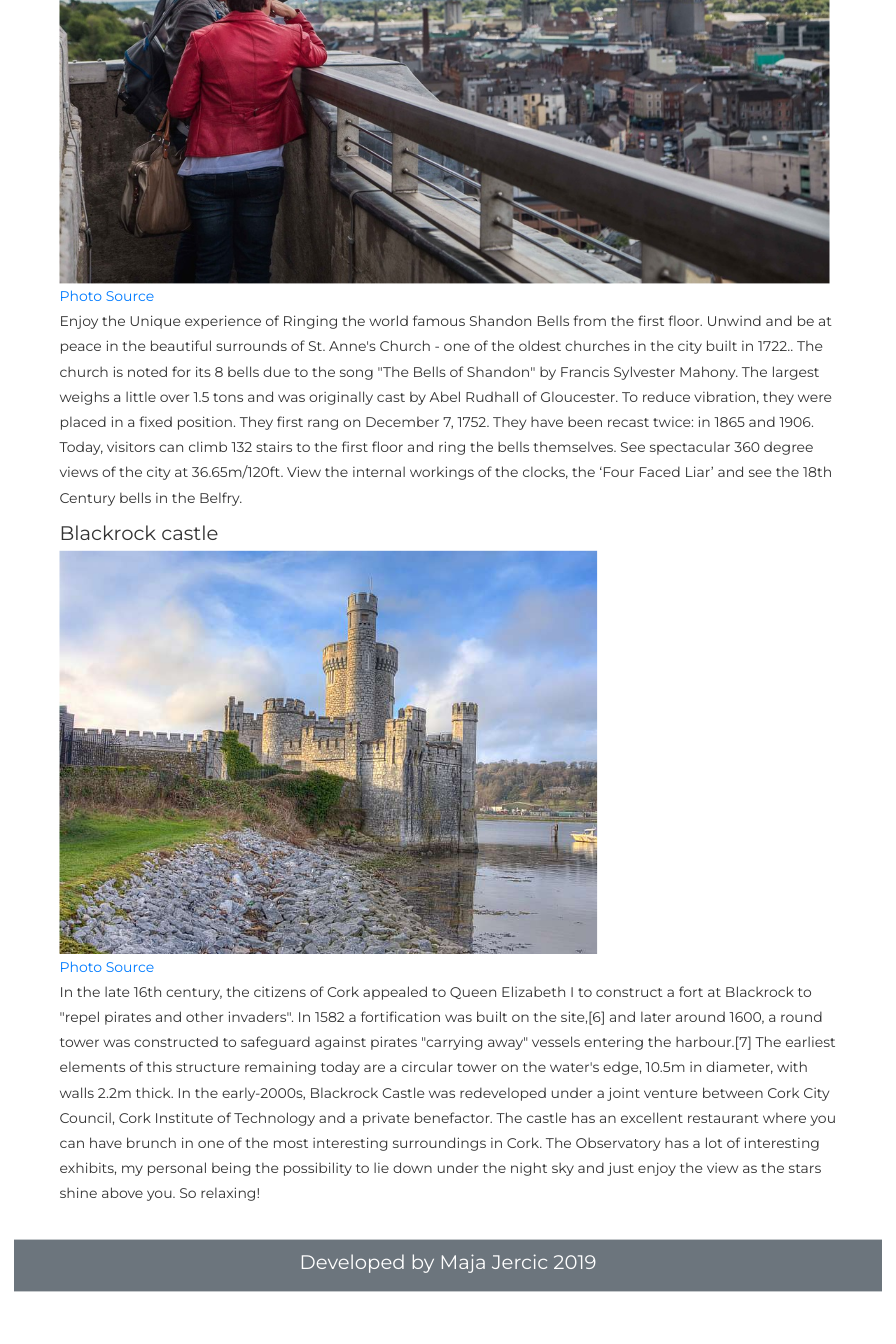
Repository: Maja-Jer/Welcome-to-Cork
Page: see.html
The author's editor kept a record of every edit. The page is drawn from the files as they stood at one moment, then again after the next edit.
The browser window is 1280 px wide. The pictures show the part of the page from y = 2277 to 4197 px (the page is 4197 px tall before and 4188 px after), at 70% of full size.
Some web libraries are served in a nearby version.

Above is the page before.
Console error: TypeError: Cannot read properties of undefined (reading 'fn')

### see.html
<!DOCTYPE html>
<html lang="en">

<head>
    <meta charset="UTF-8">
    <meta name="viewport" content="width=device-width, initial-scale=1">
    <meta http-equiv="X-UA-Compatible" content="ie=edge">
    <link rel="stylesheet" href="https://stackpath.bootstrapcdn.com/bootstrap/4.3.1/css/bootstrap.min.css" integrity="sha384-ggOyR0iXCbMQv3Xipma34MD+dH/1fQ784/j6cY/iJTQUOhcWr7x9JvoRxT2MZw1T" crossorigin="anonymous">
    <script src="https://stackpath.bootstrapcdn.com/bootstrap/4.3.1/js/bootstrap.min.js" integrity="sha384-JjSmVgyd0p3pXB1rRibZUAYoIIy6OrQ6VrjIEaFf/nJGzIxFDsf4x0xIM+B07jRM" crossorigin="anonymous"></script>
    <link rel="stylesheet" href="https://use.fontawesome.com/releases/v5.6.1/css/all.css" integrity="sha384-gfdkjb5BdAXd+lj+gudLWI+BXq4IuLW5IT+brZEZsLFm++aCMlF1V92rMkPaX4PP" crossorigin="anonymous">
    <link href="https://fonts.googleapis.com/css?family=Montserrat" rel="stylesheet">
    <link rel="stylesheet" href="assets/style.css" type="text/css" />
    <title>Welcome to Cork, the REAL capital of Ireland</title>
</head>

<body>

    <!---------------Navgation-------->
    <nav class="navbar navbar-light bg-light navbar-expand-sm">
        <a href="/" class="navbar-brand">Welcome to Cork</a>

        <!---------------Dropdown menu-------->
        <button class="navbar-toggler ml-auto" type="button" data-toggle="collapse" data-target="#navbarNavDropdown" aria-controls="navbarNavDropdown" aria-expanded="false" aria-label="Toggle navigation">
        <span class="navbar-toggler-icon"></span></button>

        <div class="collapse navbar-collapse" id="navbarNavDropdown">
            <ul class="navbar-nav mr-auto">
                <li class="nav-item mr-2"><a class="nav-link" href="#see">See</a></li>
                <li class="nav-item mr-2"><a class="nav-link" href="#experience">Experience</a></li>
                <li class="nav-item mr-2"><a class="nav-link" href="#party">Party</a></li>

            </ul>
        </div>

    </nav>

    <!--------------- Title -------->
    <div class="container-fluid mt-3 title">
        <h1>What to see in Cork?</h1>
        <div class="row title-row" <h5>This is a small collection of my favourite must-see places in Cork</h5>
        </div>
    </div>


    <!--------------- Sites -------->

    <div class="container-fluid all-sites">
        <div class= "container ucc-campus">
            <div class= "row ucc-campus">
                <div class= "col-6">
                    <h3>UCC Campus</h3>
                </div>
            </div>


        <img class= "img-fluid" src= "./assets/photos/ucc-campus1.jpg " alt="UCC Campus">
        <br>
        <h6><a href= "https://www.irishexaminer.com/breakingnews/ireland/ucc-isssues-1500-booklets-to-promote-good-relations-between-students-and-local-residents-949665.html ">Photo Source</a></h6>
    </div>


    <div class= "container ucc-description">
        <p col= "ucc-description">With over 20 000 people studying or working in University College Cork, the draw of the studies there is clear. But when you walk on to the Campus, it’s as if time stopped and you were transported back in time Despite much growth and development
            in recent decades, including considerable ongoing structural developments on the main campus, none of the developments have cast a shadow on the beautiful open grass quadrangle (which, incidentally, undergraduates must not traverse because
            tradition declares that they will fail their exams if they do). The quadrangle is surrounded on three sides by the University's most important old stone buildings, including the stone corridor housing many Ogham stones, and the arch where
            students anxiously come to view their end of year examination results. The stunning Aula Maxima is just off the stone corridor. With some luck you might get to see the statue of Queen Victoria, erected to commemorate Victoria's 1849 visit,
            which is in a locked room (again off the stone corridor). The statue stood on the eastern gable of the Aula Maxima from 1849 until 1934, when it was replaced by a statue of St Finbarr - after which it was buried (for its own protection) in
            the President's garden. It was finally dug up in 1994, but remains under lock and key. Don't miss the Honan Chapel, on campus, with its eleven impressive Harry Clarke stained glass windows
        </p>


    </div>


<div class= "container fitzgerald-park">
            <div class= "row fitzgerald-park">
                <div class= "col-6">
                    <h3>Fitzgerald Park</h3>
                </div>
            </div>


        <img class= "img-fluid" src="./assets/photos/fitzgerald-park.jpg" alt="Fitzgerald Park ">
        <br>
        <h6><a href= "http://www.corkenglishcollege.ie/media/4ae2bbd4-2834-4204-b7ae-c0ea07ad30a5/Events/Fitzgerald-Park_jpg ">Photo Source</a></h6>
    </div>


    <div class="container park-description">
        <p col="park-decription">Fitzgerald Park home to Cork Public Museum on the Mardyke is just a short distance from Cork City centre and
        the University College Cork. Fitzgerald's Park where the visitor and local alike can enjoy a riverside on the banks of the river Lee.
        Fitzgerald's Park named after a previous Lord Mayor of Cork in 1901, Edward Fitzgerald, offers a quite retreat from the hustle and bustle
        of the city, with its beautiful tree lined avenues, brimming flower beds and rose garden to its many statues and sculptures and the large
        central fountain, this 18 acre park is a wonderful treat. Fitzgerald's Park is a quiet haven, which has a playground for the children and a
        cafe to enjoy the view of the river Lee and across to the gardens and houses of the Sunday's Well area.

        </p>


    </div>


<div class= "container shandon-bells">
            <div class= "row shandon-bells">
                <div class= "col-6">
                    <h3>Shandon Bells</h3>
                </div>
            </div>


        <img class= "img-fluid" src="./assets/photos/shandon-bells.jpg " alt="Shandon Bells ">
        <br>
        <h7><a href="http://www.shandonbells.ie/uploads/1/2/6/6/12669090/1388908_orig.jpg">Photo Source</a></h7>
    </div>


    <div class= "container shandon-description">
        <p col="shandon-decription">Enjoy the Unique experience of Ringing the world famous Shandon Bells from the first floor.
Unwind and be at peace in the beautiful surrounds of St. Anne's Church - one of the oldest churches in the city built in 1722..﻿
The church is noted for its 8 bells due to the song "The Bells of Shandon" by Francis Sylvester Mahony. The largest weighs a little over 1.5 tons and was originally cast by Abel Rudhall of Gloucester. To reduce vibration, they were placed in a fixed position. They first rang on December 7, 1752. They have been recast twice: in 1865 and 1906. Today, visitors can climb 132 stairs to the first floor and ring the bells themselves. See spectacular 360 degree views of the city at 36.65m/120ft. View the internal workings of the clocks, the ‘Four Faced Liar’ and see the 18th Century bells in the Belfry.


        </p>


    </div>

    <div class= "container blackrock-castle">
            <div class= "row blackrock-castle">
                <div class= "col-6">
                    <h3>Blackrock castle</h3>
                </div>
            </div>


        <img class= "img-fluid"src="./assets/photos/blackrock_castle.jpg" alt="Blackrock castle">
        <br>
        <h7><a href= "https://www.bco.ie/whats-here/dailyschedule/">Photo Source</a></h7>
    </div>


    <div class= "container blackrock-description">
        <p col= "blackrock-decription">In the late 16th century, the citizens of Cork appealed to Queen Elizabeth I to construct a fort at Blackrock to "repel pirates and other invaders". In 1582 a fortification was built on the site,[6] and later around 1600, a round tower was constructed to safeguard against pirates "carrying away" vessels entering the harbour.[7] The earliest elements of this structure remaining today are a circular tower on the water's edge, 10.5m in diameter, with walls 2.2m thick.
In the early-2000s, Blackrock Castle was redeveloped under a joint venture between Cork City Council, Cork Institute of Technology and a private benefactor.

The castle has an excellent restaurant where you can have brunch in one of the most interesting surroundings in Cork. The Observatory has a lot of interesting exhibits, my personal being the possibility to lie down under the night sky and just enjoy the view as the stars shine above you. So relaxing!

        </p>


    </div>

    </div>


    <!--------------- Footer -------->

    <footer class="bg-secondary mt-5 p-3 ">
        <div class="container-fluid ">
            <div class="col-12 text-white ">
                <h3>Developed by Maja Jercic 2019</h3>
            </div>
        </div>
    </footer>

    <script src="https://stackpath.bootstrapcdn.com/bootstrap/4.3.1/js/bootstrap.min.js " integrity="sha384-JjSmVgyd0p3pXB1rRibZUAYoIIy6OrQ6VrjIEaFf/nJGzIxFDsf4x0xIM+B07jRM " crossorigin="anonymous "></script>
    <script src="https://code.jquery.com/jquery-3.3.1.slim.min.js " integrity="sha384-q8i/X+965DzO0rT7abK41JStQIAqVgRVzpbzo5smXKp4YfRvH+8abtTE1Pi6jizo " crossorigin="anonymous "></script>
    <script src="https://cdnjs.cloudflare.com/ajax/libs/popper.js/1.14.7/umd/popper.min.js " integrity="sha384-UO2eT0CpHqdSJQ6hJty5KVphtPhzWj9WO1clHTMGa3JDZwrnQq4sF86dIHNDz0W1 " crossorigin="anonymous "></script>

</body>


</html>

### assets/style.css
/*----------------------- header*/

head {
  font-family: 'Roboto', sans-serif;
}

body {
  font: 20px Montserrat, sans-serif;
  line-height: 1.8;
  color: #333;
  display: block;
  padding: 10px 20px 75px 20px;


}

/*----------------------navigation bar*/

ul {
  list-style-type: none;
  margin: 0;
  padding: 0;
  overflow: hidden;
  font-weight: normal;
  font-size: 24px;
}

li {
  float: left;
}

navbar-brand {
  color: black;
}

li a {
  display: block;
  color: white;
  text-align: center;
  padding: 14px 16px;
  text-decoration: none;

}

li a:hover {
  background-color: #9FA8DA;
  color: white;
  text-decoration: none;
  font-weight: bold;
}

/*---------------------end of navigation bar*/

.main-container {


}
.container-main-photo {
  max-height: 300px;
  max-width: 80%;

}

/* ---------------------------------- Article*/
.article {
  position: relative;
  vertical-align: top;
  background-color: #fff
  margin-bottom: 1em;
  max-width: 830px;
  padding: 2em 0 0 0;
  text-align: left;
}

.site-photo {
  position: relative;
  text-align: center;
  margin-bottom: 1.6em;
}

.site-description {
  margin: 2em 5% 2em 5%;
  font-size: 1.1em;
  line-height: 1.7;
  color: #333;
}


/* ---------------------------------- Title*/

.title {
  text-align: left;
  padding-left:20px;
}

.title-row {
  padding-top: 20px;
  padding-bottom: 20px;


}
/* ---------------------------------- Containers*/

.center {
  display: block;
  margin-left: auto;
  margin-right: auto;
  width: 50%;
}

.main-photo {
  display: block;
  max-height: 730px;
  max-width: 1160px;
  padding: 30px;
  overflow: auto;
}


#container-about-cork {
  font-size: 16px;
  margin: 25px 50px 75px;
  padding: 30px;


}
@media screen and (min-width: 600px) {
#container-about-cork {
  font-size: 20px;
  margin: 25px 20px 75px 20px;
  }
}
@media screen and (max-width: 600px) {
#container-about-cork {
  font-size: 14px;
  margin: 25px 10px 75px 20px;
  }
}

.container-ucc-campus {

}



/*---------------------footer*/

.p-3 {
    padding: 1rem!important;
}

.mt-5, .my-5 {
    margin-top: 3rem!important;

}

.bg-secondary {
    background-color: #6c757d!important;
}

.footer {
  width: 100%;
  margin-right: auto;
  margin-left: auto;
}

.text-white {
  color: #fff!important;
}

.col-12 {
  -ms-flex: 0 0 100%;
  flex: 0 0 100%;
  max-width: 100%;
  text-align: center;
}

After the next edit:
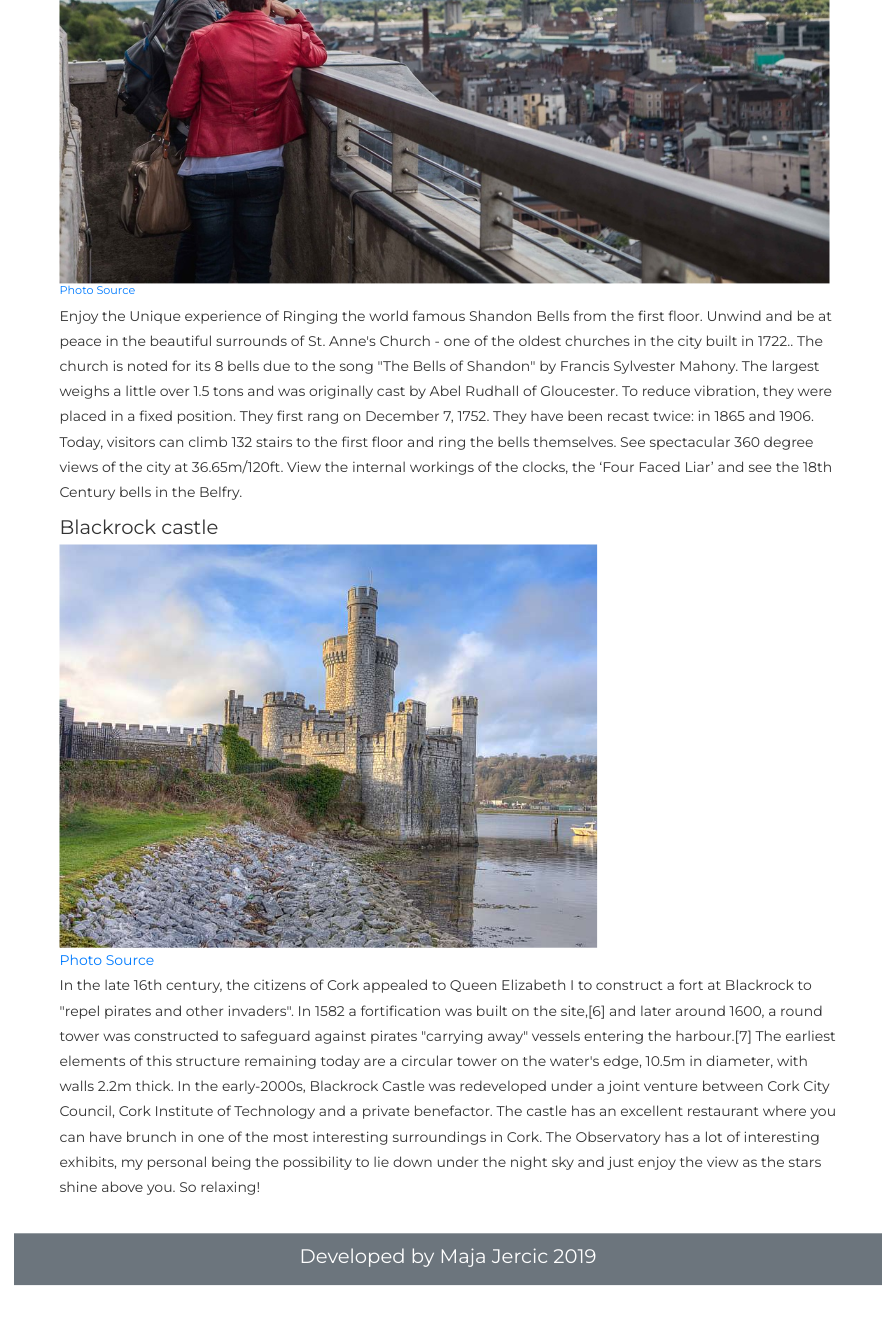
The edit:
--- a/see.html
+++ b/see.html
@@ -110,7 +110,7 @@
 
         <img class= "img-fluid" src="./assets/photos/shandon-bells.jpg " alt="Shandon Bells ">
         <br>
-        <h7><a href="http://www.shandonbells.ie/uploads/1/2/6/6/12669090/1388908_orig.jpg">Photo Source</a></h7>
+        <h6><a href="http://www.shandonbells.ie/uploads/1/2/6/6/12669090/1388908_orig.jpg">Photo Source</a></h6>
     </div>
 
 
